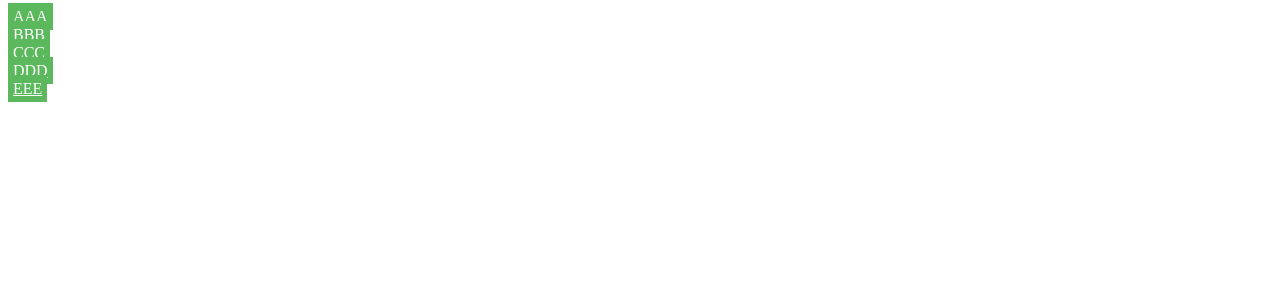
Repository: soydaizu/yamada-git1
Page: Folder_for_Exam/list.html
The author's editor kept a record of every edit. The page is drawn from the files as they stood at one moment, then again after the next edit.
The browser window is 1280 px wide. The pictures show the whole page.

Above is the page before.

### Folder_for_Exam/list.html
<head>
    <meta charset = "UTF-8">
    <link rel="stylesheet" href="list.css">
</head>
<body>
    <ul>
      <li><a href="#">AAA</a></li>
      <li><a href="#">BBB</a></li>
      <li><a href="#">CCC</a></li>
      <li><a href="#">DDD</a></li>
      <li><a href="#">EEE</a></li>
    </ul>
</body>

### Folder_for_Exam/list.css
ul {
  padding: 0;
  margin: 0; /* outer space size sets zero */
  float left; /* remove icons on the left side */
}
ul li {
  width: 70px;
  [ (3) ]; /* Laying horizontally */
  [ (4) ]; /* put the text in the middle */
}
ul li a {
  background-color: #5cb85c;
  color: #fff;
  padding: 5px;
  [ (5) ]; /* Extend elements to set these background color */
  [ (6) ]; /* remove the underline */
}

After the next edit:
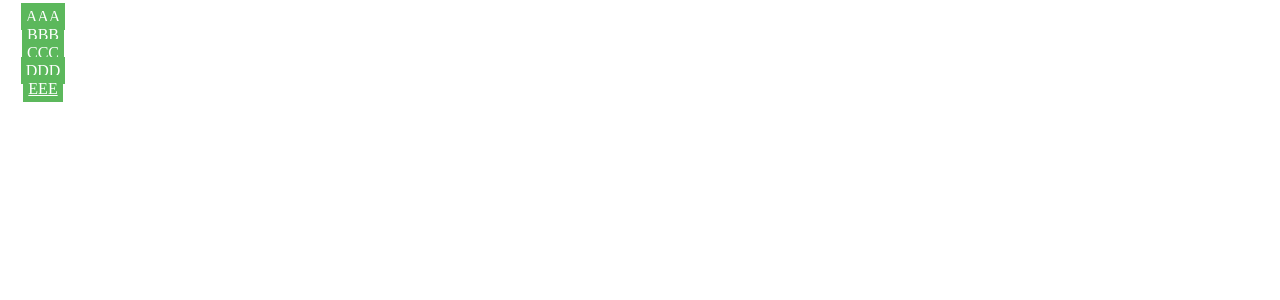
The edit:
--- a/Folder_for_Exam/list.css
+++ b/Folder_for_Exam/list.css
@@ -6,7 +6,7 @@
 ul li {
   width: 70px;
   [ (3) ]; /* Laying horizontally */
-  [ (4) ]; /* put the text in the middle */
+  text-align: center; /* put the text in the middle */
 }
 ul li a {
   background-color: #5cb85c;
